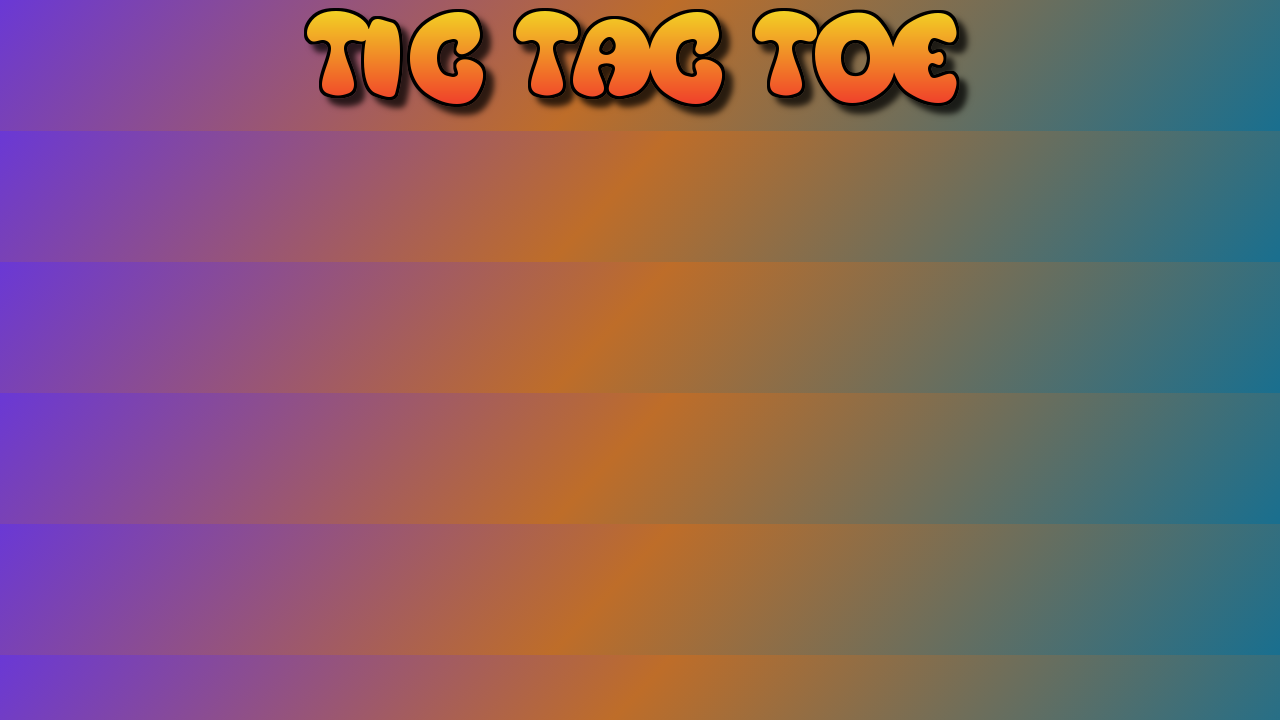
Repository: malx9/Project--5---Tic-Tac-Toe-with-AI
Page: index.html
These files come from the project's save history. The page is drawn as it stood at one moment and after the next save; the edit follows.
The browser window is 1280 px wide. The pictures show the whole page.

Above is the page before, as saved 2023-12-25 13:55:32.

### index.html
<!DOCTYPE html>
<html lang="en">
  <head>
    <meta charset="UTF-8" />
    <meta name="viewport" content="width=device-width, initial-scale=1.0" />
    <link rel="stylesheet" href="styles.css" />
    <title>Tic Tac Toe</title>
  </head>
  <body>
    <header>
      <img class="logo" src="images/logo.png" />
    </header>
    <main>
      <div></div>
    </main>
  </body>
</html>

### styles.css
html {
  /* background: rgb(106, 56, 213);
  background: linear-gradient(
    133deg,
    rgba(106, 56, 213, 1) 0%,
    rgba(190, 109, 41, 1) 48%,
    rgba(25, 111, 143, 1) 100%
  ); */
}

body {
  margin: 0;
  background: rgb(106, 56, 213);
  background: linear-gradient(
    133deg,
    rgba(106, 56, 213, 1) 0%,
    rgba(190, 109, 41, 1) 48%,
    rgba(25, 111, 143, 1) 100%
  );
}

.logo {
  display: block;
  margin-left: auto;
  margin-right: auto;
}

After the next save:
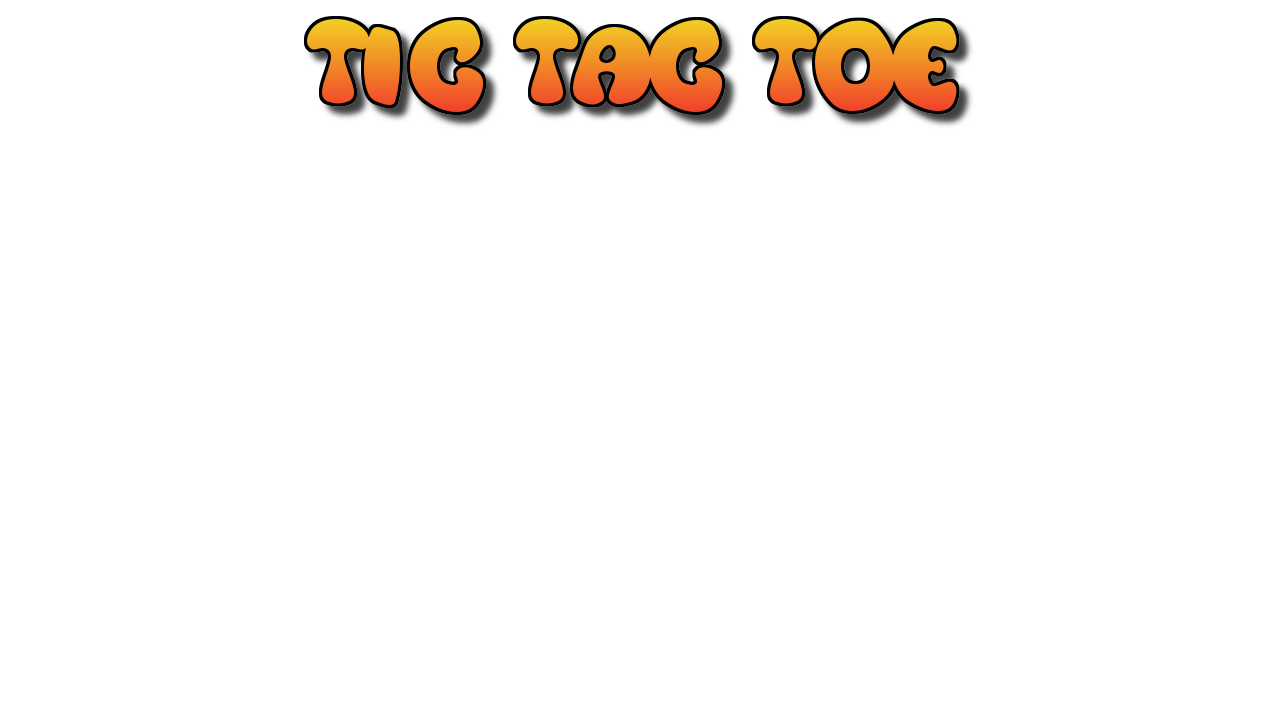
Saved 5 s later.
--- a/styles.css
+++ b/styles.css
@@ -1,4 +1,4 @@
-html {
+/* html {
   /* background: rgb(106, 56, 213);
   background: linear-gradient(
     133deg,
@@ -6,7 +6,7 @@
     rgba(190, 109, 41, 1) 48%,
     rgba(25, 111, 143, 1) 100%
   ); */
-}
+} */
 
 body {
   margin: 0;

After the save that followed:
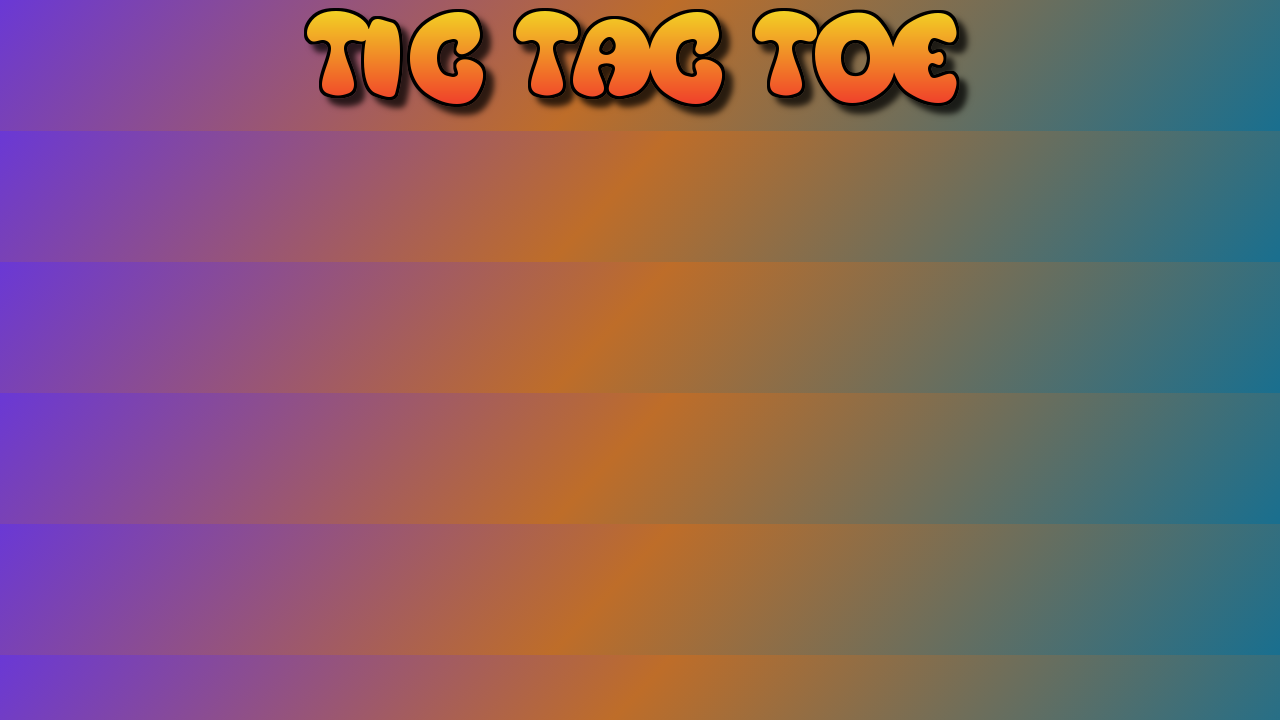
Saved 14 s later.
--- a/styles.css
+++ b/styles.css
@@ -1,11 +1,11 @@
 /* html {
-  /* background: rgb(106, 56, 213);
+  background: rgb(106, 56, 213);
   background: linear-gradient(
     133deg,
     rgba(106, 56, 213, 1) 0%,
     rgba(190, 109, 41, 1) 48%,
     rgba(25, 111, 143, 1) 100%
-  ); */
+  );
 } */
 
 body {
